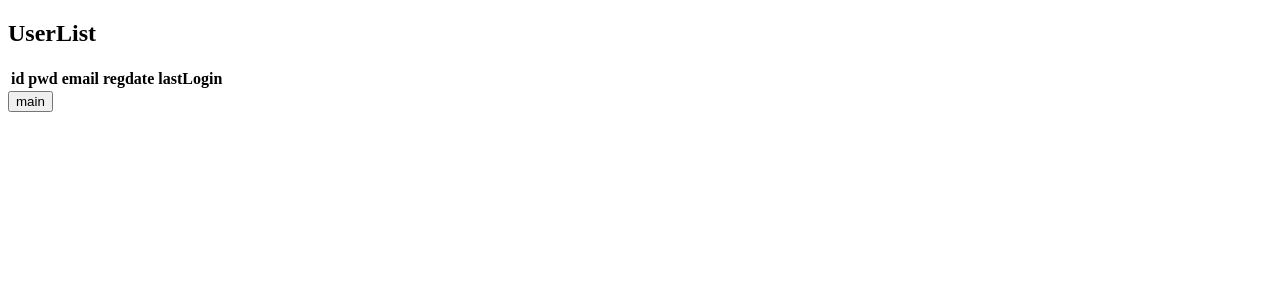
Repository: dtkd19/jsp-jstl_241022
Page: http://localhost/jsp_study/member/list.jsp
The author's editor kept a copy of each file at every save. The page is drawn from the files as they stood at one save, then again after the next save.
The browser window is 1280 px wide. The pictures show the whole page.
The page is served by Tomcat 9. Other server files are loaded and not shown.

Above is the page before, as saved 2024-10-25 07:05:50.

### jsp_study/src/main/webapp/member/list.jsp
<%@ page language="java" contentType="text/html; charset=UTF-8"
    pageEncoding="UTF-8"%>
    <%@ taglib uri="http://java.sun.com/jsp/jstl/core"  prefix="c"%>

<!DOCTYPE html>
<html>
<head>
<meta charset="UTF-8">
<title>Insert title here</title>
</head>
<body>
	<h2>UserList</h2>

	<table>
		<thead>
		<tr>
		<th>id</th>
		<th>pwd</th>
		<th>email</th>
		<th>regdate</th>
		<th>lastLogin</th>
		</tr>
		</thead>
		<tbody>
		<c:forEach items="${userList}" var="mvo">
			<tr>
			<td>${mvo.imageFile }</td>
			<td>${mvo.id }</td>
			<td>${mvo.pwd }</td>
			<td>${mvo.email }</td>
			<td>${mvo.regdate }</td>
			<td>${mvo.lastlogin }</td>
			</tr>
		</c:forEach>

		</tbody>

	</table>

	<a href="/index.jsp"><button>main</button></a>



</body>
</html>

After the next save:
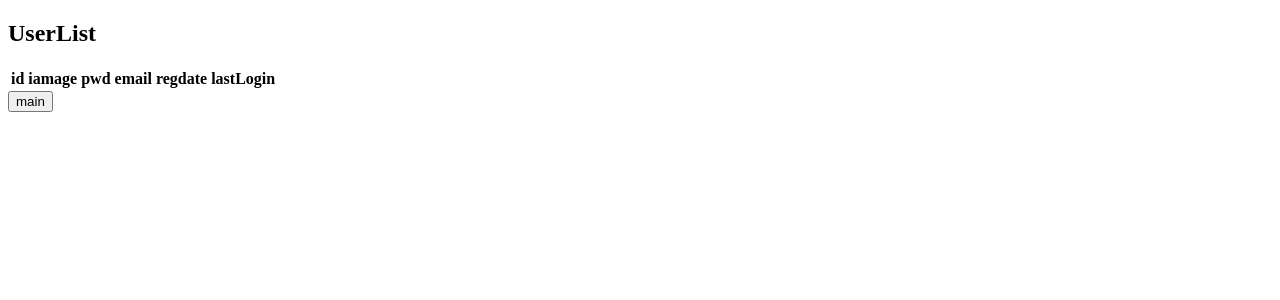
Saved 28 s later.
--- a/jsp_study/src/main/webapp/member/list.jsp
+++ b/jsp_study/src/main/webapp/member/list.jsp
@@ -15,6 +15,7 @@
 		<thead>
 		<tr>
 		<th>id</th>
+		<th>iamage</th>
 		<th>pwd</th>
 		<th>email</th>
 		<th>regdate</th>
@@ -24,8 +25,8 @@
 		<tbody>
 		<c:forEach items="${userList}" var="mvo">
 			<tr>
+			<td>${mvo.id }</td>
 			<td>${mvo.imageFile }</td>
-			<td>${mvo.id }</td>
 			<td>${mvo.pwd }</td>
 			<td>${mvo.email }</td>
 			<td>${mvo.regdate }</td>
